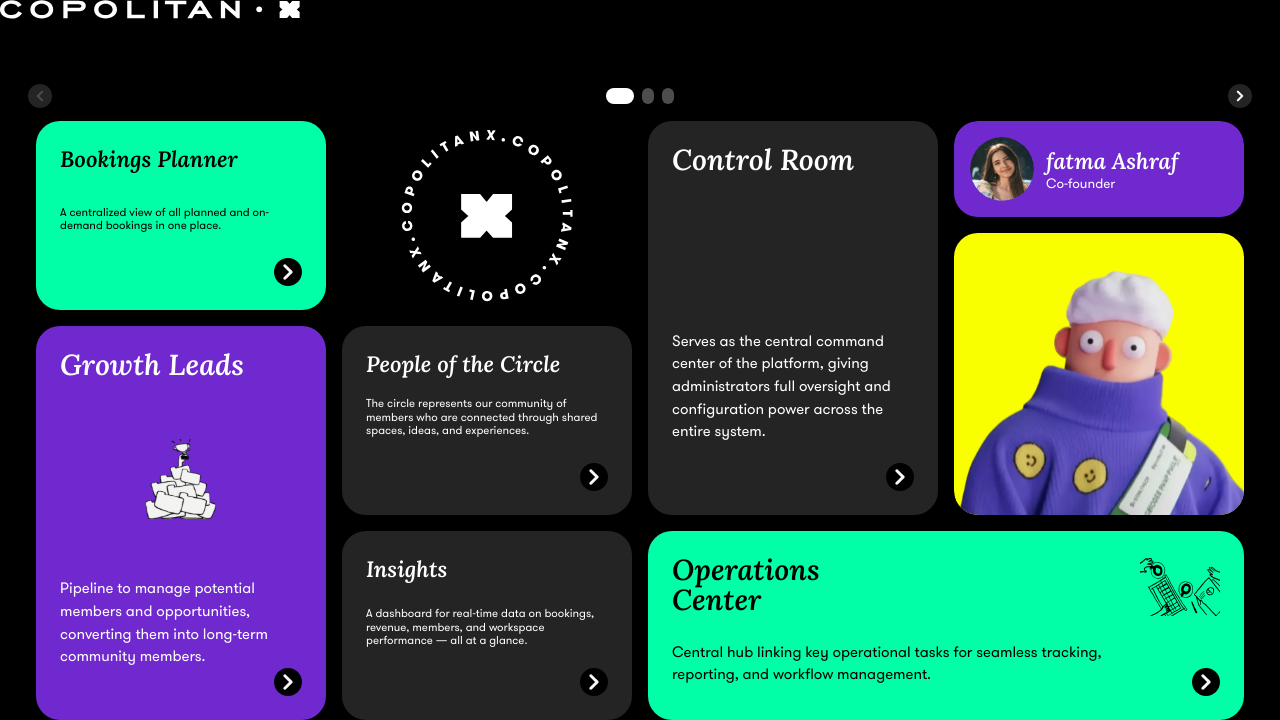
Repository: mohameddtalal/Copolitan-X
Page: /dashboard
The author's editor kept a copy of each file at every save. The page is drawn from the files as they stood at one save, then again after the next save.
The browser window is 1280 px wide. The pictures show the whole page.
The project was rebuilt for these pictures with package versions that can differ from the ones it lists, and the page was loaded fresh each time. The framework's server and built-in components were replaced by stand-ins that run in the browser. Also part of the build but not shown: next.config.ts.

Above is the page before, as saved 2026-02-10 13:18:40.

After the next save:
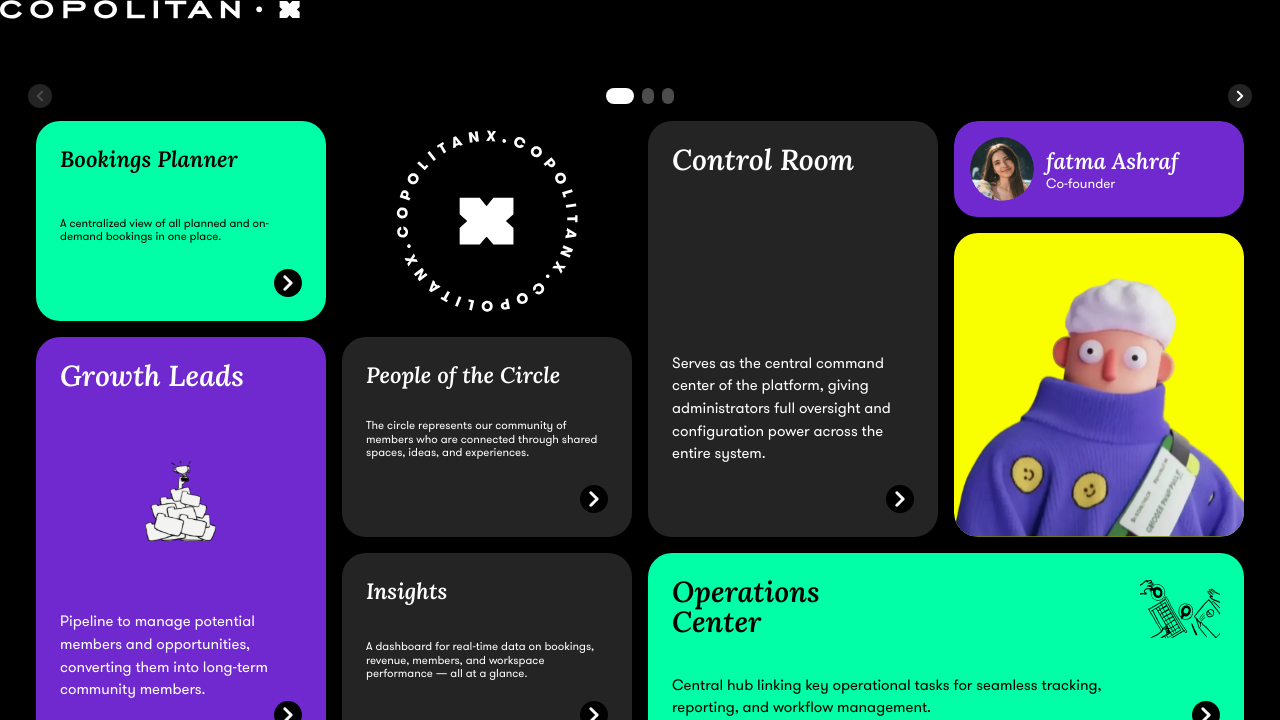
Saved 2 min 31 s later.
--- a/src/components/BentoGrid/BentoGrid.tsx
+++ b/src/components/BentoGrid/BentoGrid.tsx
@@ -61,7 +61,7 @@ const BentoGrid = () => {
     };
 
     return (
-        <div className="w-full h-full px-1 sm:px-1 md:px-2 lg:px-3 xl:px-5 flex flex-col overflow-hidden">
+        <div className="w-full h-full min-h-[670px] px-1 sm:px-1 md:px-2 lg:px-3 xl:px-5 flex flex-col overflow-hidden">
             {/* Navigation Section */}
             <Navigation
               currentPage={currentPage}
